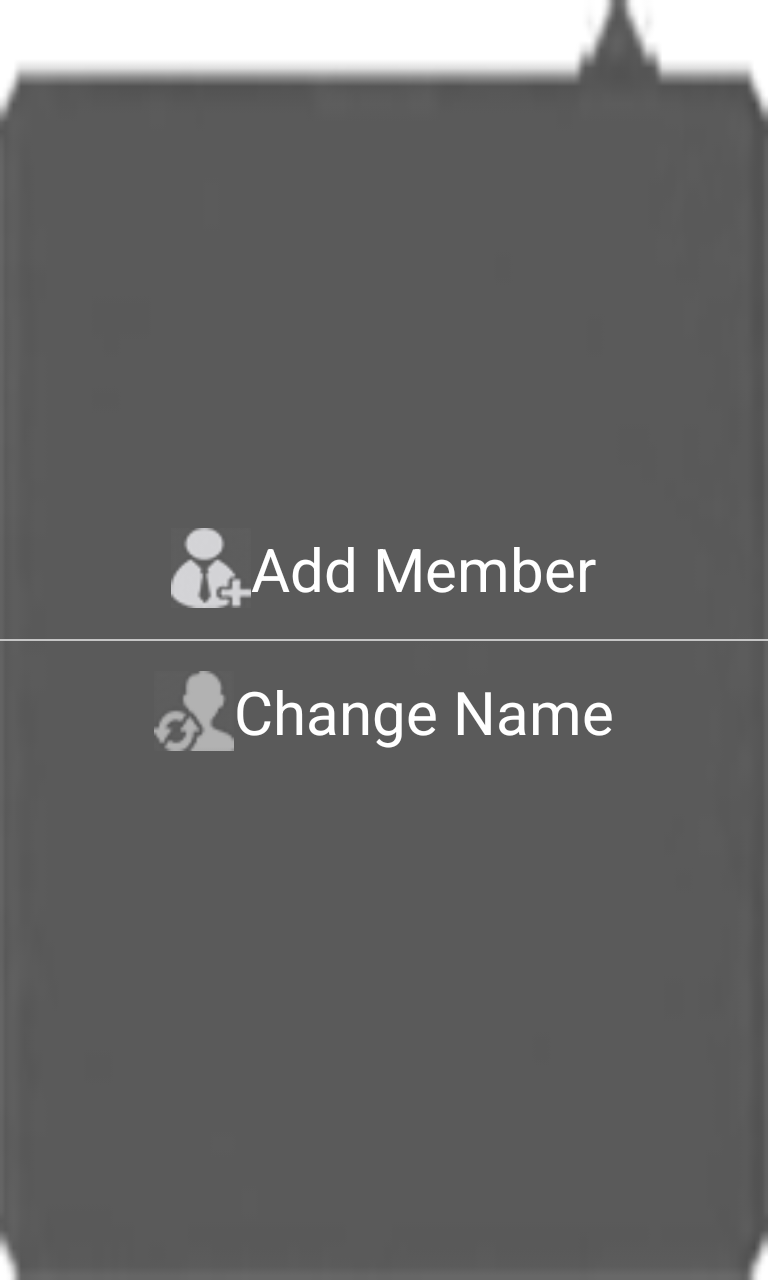
Repository: GitDidNotExitCleanly/FaceLabel
Layout: FaceLabel/res/layout/activity_group_setting_dropdown.xml
The author's editor kept a copy of each file at every save. The layout is drawn from the files as they stood at one save, then again after the next save.
It is drawn on a 768 x 1280 px phone screen (xhdpi) without system bars, with theme AppTheme; the app's code is not run.

Above is the layout before, as saved 2015-05-12 15:20:49.

### FaceLabel/res/layout/activity_group_setting_dropdown.xml
<?xml version="1.0" encoding="utf-8"?>
<LinearLayout xmlns:android="http://schemas.android.com/apk/res/android"
    android:id="@+id/dropdown_layout"
    android:layout_width="150dp"
    android:layout_height="wrap_content"
    android:gravity="center"
    android:orientation="vertical"
    android:background ="@drawable/dropdown_menu" >

    <LinearLayout
        android:id="@+id/activity_group_setting_addMissingMember"
        android:layout_width="match_parent"
        android:layout_height="wrap_content"
        android:layout_marginBottom="15dp"
        android:layout_marginLeft="2dp"
        android:layout_marginRight="2dp"
        android:layout_marginTop="20dp"
        android:gravity="center" >

        <ImageView
            android:layout_width="40dp"
            android:layout_height="40dp"
            android:src="@drawable/activity_group_add_member" />

        <TextView
            android:layout_width="wrap_content"
            android:layout_height="wrap_content"
            android:text="Add Member"
            android:textColor="#fff"
            android:textSize="30sp" />
    </LinearLayout>

    <View
		android:layout_width="fill_parent"
		android:layout_height="1dp"
		android:background="#C6C6C6"/>

    <LinearLayout
        android:id="@+id/activity_group_setting_changeName"
        android:layout_width="match_parent"
        android:layout_height="wrap_content"
        android:layout_marginBottom="20dp"
        android:layout_marginLeft="2dp"
        android:layout_marginRight="2dp"
        android:layout_marginTop="15dp"
        android:gravity="center" >

        <ImageView
            android:layout_width="40dp"
            android:layout_height="40dp"
            android:src="@drawable/activity_group_change_name" />

        <TextView
            android:layout_width="wrap_content"
            android:layout_height="wrap_content"
            android:text="Change Name"
            android:textColor="#fff"
            android:textSize="30sp" />

    </LinearLayout>

</LinearLayout>

### FaceLabel/res/values/styles.xml
<resources>

    <!--
        Base application theme, dependent on API level. This theme is replaced
        by AppBaseTheme from res/values-vXX/styles.xml on newer devices.
    -->
    <style name="AppBaseTheme" parent="android:Theme.Light">
        <!--
            Theme customizations available in newer API levels can go in
            res/values-vXX/styles.xml, while customizations related to
            backward-compatibility can go here.
        -->
    </style>

    <!-- Application theme. -->
    <style name="AppTheme" parent="AppBaseTheme">
        <!-- All customizations that are NOT specific to a particular API-level can go here. -->
    </style>

    <style name="PopupMenuAnimation" parent="android:Animation">
        <item name="android:windowEnterAnimation">@anim/slide_up_dialog</item>
        <item name="android:windowExitAnimation">@anim/slide_out_down</item>
	</style>

</resources>

Loaded but not shown: FaceLabel/res/values-v11/styles.xml (common file); FaceLabel/res/values-v14/styles.xml (common file)

After the next save:
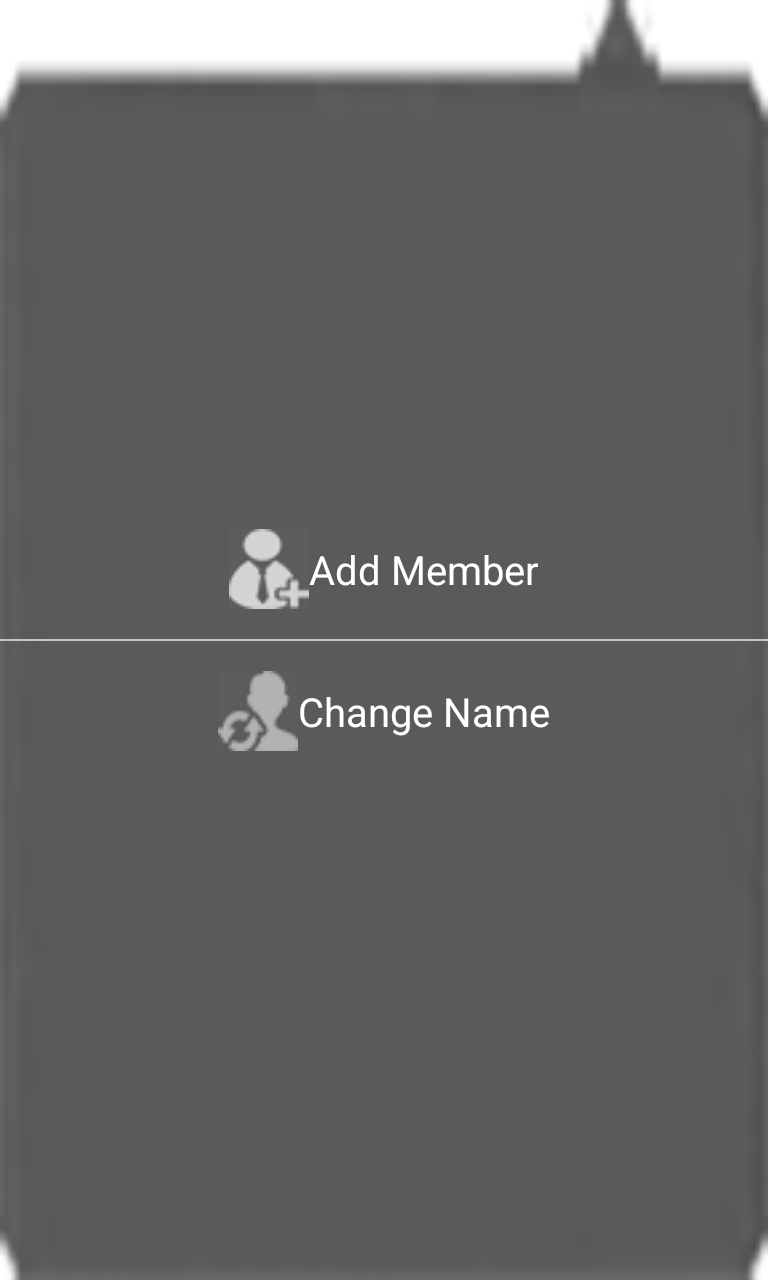
Saved 12 s later.
--- a/FaceLabel/res/layout/activity_group_setting_dropdown.xml
+++ b/FaceLabel/res/layout/activity_group_setting_dropdown.xml
@@ -27,7 +27,7 @@
             android:layout_height="wrap_content"
             android:text="Add Member"
             android:textColor="#fff"
-            android:textSize="30sp" />
+            android:textSize="20sp" />
     </LinearLayout>
 
     <View
@@ -55,7 +55,7 @@
             android:layout_height="wrap_content"
             android:text="Change Name"
             android:textColor="#fff"
-            android:textSize="30sp" />
+            android:textSize="20sp" />
 
     </LinearLayout>
 
